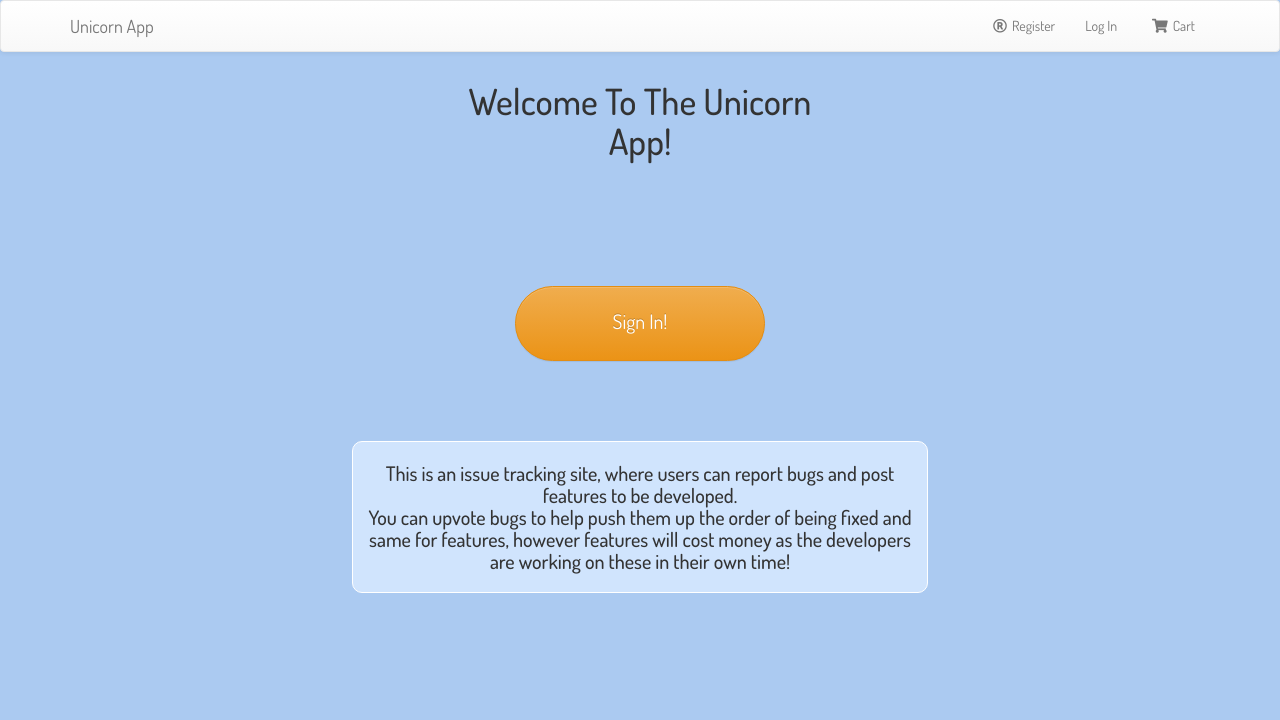
Repository: twdstudent/Project-5-Unicorn
Page: home/templates/index.html
The author's editor kept a record of every edit. The page is drawn from the files as they stood at one moment, then again after the next edit.
The browser window is 1280 px wide. The pictures show the whole page.
Some web fonts or font styles are not loaded; a fallback is used. Some web libraries are served in a nearby version. The template is drawn by Django 2.2. The application's start-up code is not run. The template is opened directly, without the code that normally fills it, so the values that code supplies are empty.

Above is the page before.

After the next edit:
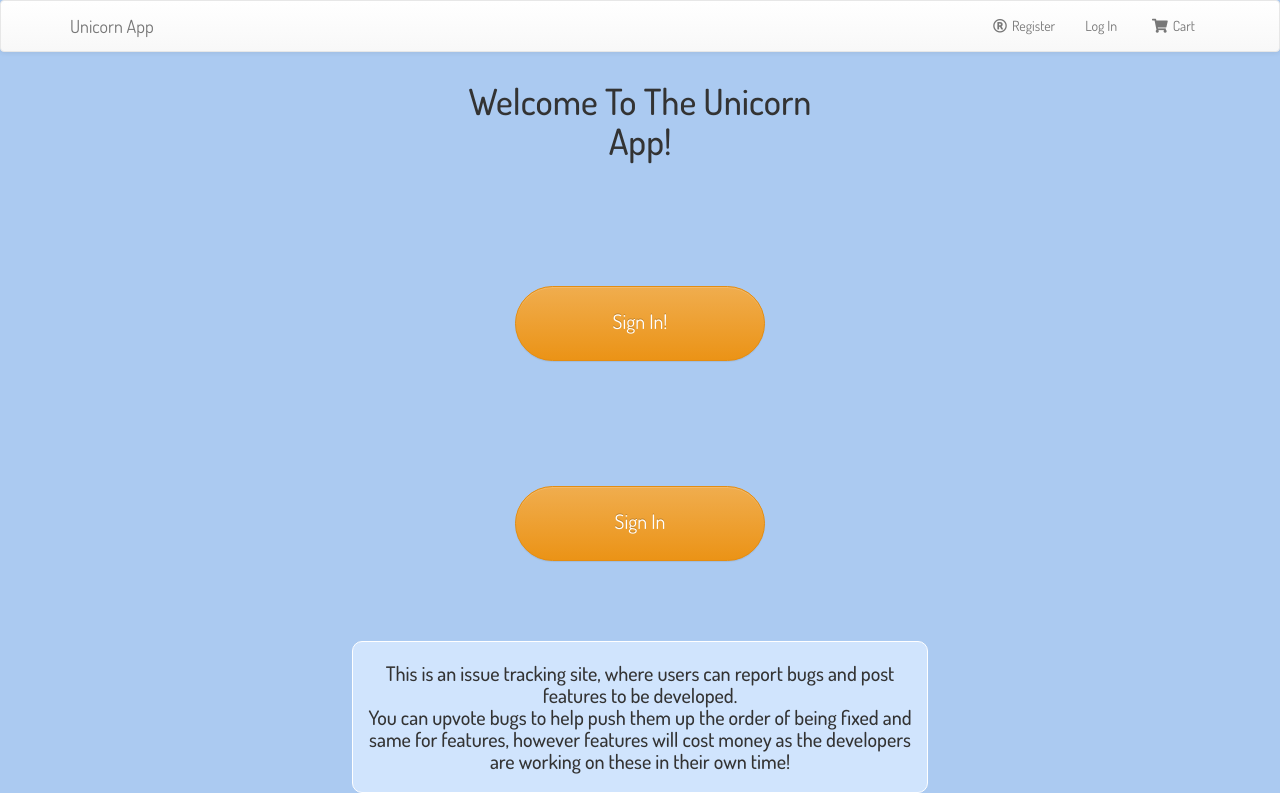
The edit:
--- a/accounts/templates/index.html
+++ b/accounts/templates/index.html
@@ -8,7 +8,7 @@
 </div>
 
 
-<!--div class="button-container-index">
+<div class="button-container-index">
     <div <div class="button-main-page">
         {% if user.is_authenticated %}
         <a href="{% url 'logout' %}" class="btn-mod btn btn-danger">Sign Out</a>
